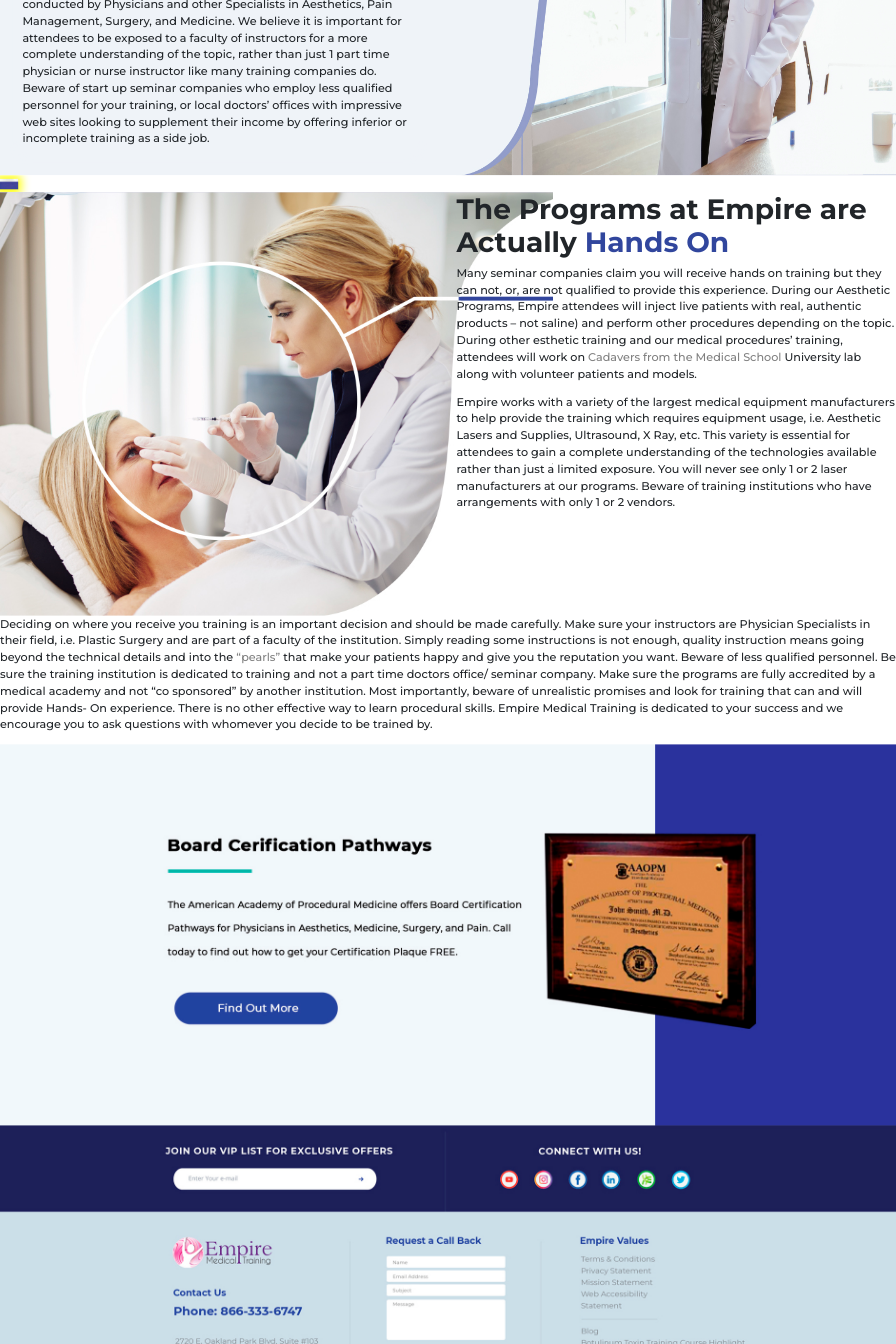
Repository: jorgi710/BODY-CONTOURING-INJECTABLES-AND-ADJUNCT-PROCEDURES
Page: our quarantee/file/public/index.html
The author's editor kept a copy of each file at every save. The page is drawn from the files as they stood at one save, then again after the next save.
The browser window is 1280 px wide. The pictures show the part of the page from y = 2919 to 4839 px (the page is 4958 px tall before and 5699 px after), at 70% of full size.

Above is the page before, as saved 2021-04-06 23:52:34.

### our quarantee/file/public/index.html
<!DOCTYPE html>
<html lang="en">
  <head>
    <meta charset="UTF-8" />
    <meta http-equiv="X-UA-Compatible" content="IE=edge" />
    <meta name="viewport" content="width=device-width, initial-scale=1.0" />
    <title>Page_3</title>

    <link
      href="https://cdn.jsdelivr.net/npm/bootstrap@5.0.0-beta3/dist/css/bootstrap.min.css"
      rel="stylesheet"
      integrity="sha384-eOJMYsd53ii+scO/bJGFsiCZc+5NDVN2yr8+0RDqr0Ql0h+rP48ckxlpbzKgwra6"
      crossorigin="anonymous"
    />
    <link
      href="https://fonts.googleapis.com/css2?family=Montserrat:wght@400;500;600;700&display=swap"
      rel="stylesheet"
    />
    <link rel="stylesheet" href="css/style.css" />
  </head>
  <body>
    <header>
      <div class="container-fluid m-0 p-0">
        <img src="img/header.jpg" alt="navbar" class="img-fluid m-0 p-0" />
      </div>
    </header>
    <main>
      <section class="section_1">
        <div class="container-fluid">
          <div class="fila-1">
            <div class="row">
              <div class="col-sm-12 col-md-6 text-start">
                <div class="content_section_1">
                  <h1 class="bold mb-3 mt-3">The Empire Medical Training</h1>
                  <img src="img/logo_main.jpg" alt="logo" class="logo" />
                  <p class="medium">
                    Empire is the only teaching institution that offers this
                    extraordinary guarantee: After you have completed your
                    training, if you feel you are not comfortable performing the
                    new procedure or if you believe you need additional
                    training, Empire will provide you with a 1-Day Preceptorship
                    (individual training) at one of our Centers of Excellence.
                  </p>
                  <p class="medium">
                    You will work one on one with one of our teaching faculty in
                    their office perfecting the techniques you just learned and
                    reviewing our many medical “Pearls,” priceless tips we have
                    learned through extensive experience and are now passing
                    onto you!
                  </p>
                </div>
              </div>
              <div class="col-md-6 justify-content-end p-0">
                <img
                  src="img/section_1_1_web.jpg"
                  alt=""
                  class="d-none d-md-block img-fluid"
                />
                <img
                  src="img/section_1_1_mobil.jpg"
                  alt=""
                  class="d-md-none img-fluid mobil"
                />
              </div>
            </div>
          </div>

          <div class="fila-2">
            <div class="row">
              <div class="col-sm-12 col-md-6 p-0 mt-3">
                <img
                  src="img/section_1_2_web.jpg"
                  alt="Our difference"
                  class="d-none d-md-block"
                />
                <img
                  src="img/section_1_2_mobil.jpg"
                  alt=""
                  class="d-md-none mobil"
                />
              </div>
              <div class="col-md-6 text-start">
                <h1 class="bold azul mt-4">Our Difference</h1>
                <p class="medium">
                  • Our full time faculty of physicians are available to answer
                  your questions even before you have decided on training- see
                  for yourself, call today and speak with a physician about
                  offering
                  <span class="claro">aesthetics in your practice</span>, or
                  whatever other concerns you may have!
                </p>
                <p class="medium">
                  • Empire Medical Training is the only training institution
                  that offers over 35 different medical and aesthetic
                  <span class="claro">training programs</span>. Since our
                  organization is a full time, dedicated teaching institution,
                  we have the resources and faculty to provide the quality
                  training we have been providing for the past 15 years.
                </p>
                <p class="medium">
                  • Empire provides discounted tuition on
                  <span class="claro">membership plans</span>
                  allowing you to attend all our programs at one low price, over
                  a 2 year period. We also provide a price guarantee that
                  ensures you are registering for a seminar at the lowest price
                  available. At all Empire work- shops, all supplies and
                  medicines are included with your tuition. That includes
                  <span class="claro">Botox Cosmetic</span> and
                  <span class="claro">Dermal Fillers</span> needed for the hands
                  on portion of the training.
                </p>
                <p class="medium">
                  • Learning to perform a procedure may be simple, but becoming
                  successful in your practice requires additional steps. With
                  every program you receive an exhaustive supply of patient
                  forms, consent forms, marketing templates, a comprehensive
                  <span class="claro">Vendor and Resource guide</span> with
                  useful information and necessary tools for your practice.
                </p>
                <p class="medium">
                  • Empire Medical Training and staff are committed to helping
                  you succeed in your practice nad this goes beyond just
                  providing you with the medical protocols to perform a simple
                  procedure. We are not a weekend operation and are available
                  even after our programs have ended. We also provide our
                  students with
                  <span class="claro"> Board Certification</span> from the AAOPM
                  for succesful coursework completion.
                </p>
              </div>
            </div>
          </div>
        </div>
      </section>
      <section class="section_2">
        <div class="panel">
          <img
            src="img/section_2.jpg"
            alt="Meet Our Trusted Faculty"
            class="img-fluid m-0 p-0 d-none d-md-block"
          />
          <img
            src="img/section_2_mobile.jpg"
            alt="Meet Our Trusted Faculty"
            class="img-fluid m-0 p-0 d-md-none mobil"
          />

          <div class="content d-none d-md-block ">
            <h1 class="bold">Meet Our Trusted Faculty</h1>
            <p class="regular">
              Empire Medical Training celebrates
              <span class="bold">15 years</span> of success in training <br />
              <span class="bold">physicians</span> and health care
              <span class="bold">professionals</span>. <br />
              We believe our success is due, in part, to the extra things our
              <br />
              <span class="bold">organization</span> and
              <span class="bold">faculty</span> provide for you.
            </p>
            <button class="btn">
              <h3 class="bold">Meet Faculty</h3>
            </button>
          </div>
        </div>
        <div class="content_mobil d-md-none mobil">
            <h1 class="bold">Meet Our Trusted Faculty</h1>
            <p class="regular">
              Empire Medical Training celebrates
              <span class="bold">15 years</span> of success in training <br />
              <span class="bold">physicians</span> and health care
              <span class="bold">professionals</span>. <br />
              We believe our success is due, in part, to the extra things our
              <br />
              <span class="bold">organization</span> and
              <span class="bold">faculty</span> provide for you.
            </p>
            <button class="btn m-2">
              <h3 class="bold">Meet Faculty</h3>
            </button>
          </div>
        </div>

      </section>
      <section class="section_3 ">
        <div>
          <h1 class="negro bold">
            <span class="azul">Background &</span> Achievements
          </h1>
          <p class="medium ">
            Now a little about Empire Medical Training’s background and
            achievements: Why Empire is committed to excellence:
          </p>
          <p class="medium ">
            Empire Medical Training celebrates our 22nd year of training and we
            remain the #1 medical training and certification CME Medical and
            Aesthetic workshops offered each year, Empire has trained over
            125,000 Physicians, Dentists, Nurses, and other Health Care
            Professionals. With countless
            <span class="claro">testimonials</span> from satisfied attendees, we
            stand behind our programs and provide a complete satisfaction
            guarantee. source worldwide.
          </p>
          <p class="medium ">
            Empire has acquired a distinguished reputation in education and
            serves as a training facility for Allergan (Botox, Juvederm) and
            Medicis (Restylane), along with many of the largest Aesthetic Laser
            Manufacturers. In addition, Empire is proud to have been chosen by
            the Florida Dental Association (FDA) to train their member Dentists
            in Botox Cosmetic and other Aesthetic Procedures.
          </p>
          <p class="medium ">
            At Empire, we believe our success is dependent on you receiving
            quality training and instruction. Empire Medical Training is a
            nationally recognized CME Training Institution for Physicians,
            Dentists, Nurses and other Health Care Professionals.
          </p>
        </div>
        <div class="row">
          <div class="col-sm-12 col-md-6">
            <p class="medium">
              In addition to training at resort hotels, Empire has pioneered the
              first <span class="claro">premier Medical Spa</span> in Fort
              Lauderdale, Florida where physicians can enjoy training on actual
              patients and receive classroom didactic presentations. This
              facility has been designed specifically for training purposes
              utilizing state of the art aesthetic lasers and medical spa
              equipment along with modern classroom facilities and training
              aids. All courses are conducted by Physicians and other
              Specialists in Aesthetics, Pain Management, Surgery, and Medicine.
              Not by less qualified Instructors.
            </p>
            <p class="medium">
              Empire has achieved an outstanding reputation through a
              distinguished faculty of Physician specialists. Your training will
              be conducted by Physicians and other Specialists in Aesthetics,
              Pain Management, Surgery, and Medicine. We believe it is important
              for attendees to be exposed to a faculty of instructors for a more
              complete understanding of the topic, rather than just 1 part time
              physician or nurse instructor like many training companies do.
              Beware of start up seminar companies who employ less qualified
              personnel for your training, or local doctors’ offices with
              impressive web sites looking to supplement their income by
              offering inferior or incomplete training as a side job.
            </p>
          </div>
          <div class="col-sm-12 col-md-6">
            <img
              src="img/section_3_web.jpg"
              alt="background achievements"
              class="d-none d-md-block img-fluid"
            />
            <img
              src="img/section_3_mobil.jpg"
              alt="background achievements"
              class="d-md-none"
            />
          </div>
        </div>
      </section>
      <section class="section_4">
        <img src="img/section_4.jpg" alt="aesthetics starter kit" />
      </section>
      <section class="section_5">
        <div class="row">
          <div class="col-sm-12 col-md-6">
            <img
              src="img/section_5_web.jpg"
              alt="empire"
              class="d-none d-md-block"
            />
            <img
              src="img/section_5_mobile.jpg"
              alt="empire"
              class="d-md-none"
            />
          </div>
          <div class="col-md-6">
            <h1 class="bold">
              The Programs at Empire are Actually
              <span class="azul">Hands On</span>
            </h1>
            <p class="medium">
              Many seminar companies claim you will receive hands on training
              but they can not, or, are not qualified to provide this
              experience. During our Aesthetic Programs, Empire attendees will
              inject live patients with real, authentic products – not saline)
              and perform other procedures depending on the topic. During other
              esthetic training and our medical procedures’ training, attendees
              will work on
              <span class="claro">Cadavers from the Medical School</span>
              University lab along with volunteer patients and models.
            </p>
            <p class="medium">
              Empire works with a variety of the largest medical equipment
              manufacturers to help provide the training which requires
              equipment usage, i.e. Aesthetic Lasers and Supplies, Ultrasound, X
              Ray, etc. This variety is essential for attendees to gain a
              complete understanding of the technologies available rather than
              just a limited exposure. You will never see only 1 or 2 laser
              manufacturers at our programs. Beware of training institutions who
              have arrangements with only 1 or 2 vendors.
            </p>
          </div>
        </div>
        <p class="medium">
          Deciding on where you receive you training is an important decision
          and should be made carefully. Make sure your instructors are Physician
          Specialists in their field, i.e. Plastic Surgery and are part of a
          faculty of the institution. Simply reading some instructions is not
          enough, quality instruction means going beyond the technical details
          and into the <span class="claro">“pearls”</span> that make your
          patients happy and give you the reputation you want. Beware of less
          qualified personnel. Be sure the training institution is dedicated to
          training and not a part time doctors office/ seminar company. Make
          sure the programs are fully accredited by a medical academy and not
          “co sponsored” by another institution. Most importantly, beware of
          unrealistic promises and look for training that can and will provide
          Hands- On experience. There is no other effective way to learn
          procedural skills. Empire Medical Training is dedicated to your
          success and we encourage you to ask questions with whomever you decide
          to be trained by.
        </p>
      </section>
    </main>
    <footer>
      <img src="img/footer.jpg" alt="footer" class="img-fluid" />
    </footer>
  </body>
</html>

### our quarantee/file/public/css/style.css
@import url("https://fonts.googleapis.com/css2?family=Montserrat:wght@400;500;600;500&display=swap");
* {
  box-sizing: border-box;
  font-family: var(--fuente);
}
header,
section {
  overflow-x: hidden;
}
:root {
  --fuente: "Montserrat", cursive;
  --azul: #31469d;
  --clarito: #808080;
  --negro: #000000;
  --regular: 400;
  --medium: 500;
  --semi_bold: 600;
  --bold: 500;
}
.regular {
  font-weight: 400;
}
.medium {
  font-weight: 500;
}
.semi {
  font-weight: 600;
}
.bold {
  font-weight: 700;
}
.azul {
  color: #31469d;
}
.claro {
  color: #808080;
}
.negro {
  color: #000000;
}
header .img {
  width: 100%;
}
/* .section_1 .fila-1 .row .col-md-6 .content_section_1 {
  padding: 4vmin 1vmin;
  padding-bottom: 2vmin;
  padding-left: 12vmin;
} */

/* section_1 */

/* web */
.section_1 .fila-1 .row .col-md-6 .content_section_1 {
  padding: 4vmin 1vmin;
  padding-bottom: 2vmin;
  padding-left: 12vmin;
}
.section_1 .fila-1 .row .col-md-6 img {
  width: 100%;
  height: 100%;
  object-fit: cover;
}
.section_1 .fila-1 .row .col-md-6 h1 {
  font-size: 1.8rem;
}
.section_1 .fila-1 .row .col-md-6 .logo {
  width: 70%;
  padding-left: 10vmin;
}
/* Tablet */
@media screen and (min-width: 780px) and (max-width: 1200px) {
  .section_1 .fila-1 .row .col-md-6 .content_section_1 {
    padding: 4vmin 1vmin;
    padding-bottom: 2vmin;
    padding-left: 12vmin;
  }
  .section_1 .fila-1 .row .col-md-6 h1 {
    font-size: 1.5rem;
  }
  .section_1 .fila-1 .row .col-md-6 img {
    object-fit: cover;
    z-index: 1;
  }
  .section_1 .fila-1 .row .col-md-6 .logo {
    width: 70%;
    padding-left: 10vmin;
  }
}
/* Mobile */
@media screen and (min-width: 0) and (max-width: 760px) {
  .section_1 .fila-1 .row .col-md-6 .content_section_1 {
    padding: 0;
    box-shadow: 1px 2px 9px 6px #aaa;
  }
  .section_1 .fila-1 .row .col-md-6 h1 {
    font-size: 1.8rem;
    text-align: center;
  }
  .section_1 .fila-1 .row .col-md-6 .mobil {
    box-shadow: -2px 1px 13px 6px #aaa;
  }
  .section_1 .fila-1 .row .col-md-6 .logo {
    width: 76%;
    padding-left: 22vmin;
  }
  .section_1 .fila-1 .row .col-md-6 p {
    font-size: 1rem;
    text-align: justify;
    padding: 4px 5px;
  }
}
/* section_1_Part_2 */

/* web */
.section_1 .fila-2 .row .col-md-6 img {
  width: 100%;
  height: 100%;
  object-fit: none;
}
.section_1 .fila-1 .row .col-md-6 h1 {
  font-size: 1.8rem;
}
/* Tablet */
@media screen and (min-width: 780px) and (max-width: 1200px) {
  .section_1 .fila-2 .row .col-md-6 h1 {
    font-size: 1.5rem;
  }
  .section_1 .fila-2 .row .col-md-6 img {
    object-fit: cover;
    box-shadow: -2px 1px 13px 6px #31469d;
    border-radius: 1rem;
  }
}
/* Mobile */
@media screen and (min-width: 0) and (max-width: 760px) {
  .section_1 .fila-1 .row .col-md-6 .content_section_1 {
    padding: 0;
    box-shadow: 1px 2px 9px 6px #aaa;
  }
  .section_1 .fila-2 .row .col-md-6 h1 {
    font-size: 2rem;
    text-align: center;
  }
  .section_1 .fila-2 .row .col-md-6 .mobil {
    box-shadow: -2px 1px 13px 6px #bac6f8;
    object-fit: cover;
  }
  .section_1 .fila-2 .row .col-md-6 p {
    font-size: 1rem;
    text-align: justify;
    padding: 4px 5px;
    box-shadow: -2px 1px 13px 6px #ccd6fc;
    border-radius: 0.5rem;
  }
}
/* section_2 */
/* web */
.section_2 .panel {
  position: relative;
}
.section_2 .content h1 {
  font-size: 1.5rem;
}
.section_2 .content p {
  font-size: 0.8rem;
}
.section_2 .content h3 {
  font-size: 1rem;
}
.section_2 .content {
  position: absolute;
  color: white;
  top: 38px;
  right: 593px;
}
.section_2 .content button {
  background-color: white;
  border-radius: 1.5rem;
  box-shadow: -4px 3px 13px 0px blue;
  color: #31469d;
  font-weight: 700;
}
/* Tablet */
@media screen and (min-width: 780px) and (max-width: 1200px) {
  .section_2 .panel {
    position: relative;
  }
  .section_2 .content h1 {
    font-size: 1.5rem;
  }
  .section_2 .content p {
    font-size: 0.5rem;
  }
  .section_2 .content h3 {
    font-size: 1rem;
  }
  .section_2 .content {
    position: absolute;
    color: white;
    top: 34px;
  }
  .section_2 .content button {
    background-color: white;
    border-radius: 1.5rem;
    box-shadow: -4px 3px 13px 0px blue;
    color: #31469d;
    font-weight: 700;
  }
}
/* Mobile */
@media screen and (min-width: 0) and (max-width: 760px) {
  .section_2 .content_mobil {
    background-color: #31469d;
    color: white;
    text-align: center;
  }
  .section_2 .content_mobil button {
    background-color: white;
    border-radius: 1.5rem;
    box-shadow: -4px 3px 13px 0px blue;
    color: #31469d;
    font-weight: 700;
  }
  .section_2 .content_mobil p {
    font-size: 0.5rem;
  }
  .section_2 .content_mobil h3 {
    font-size: 1rem;
  }
  .section_2 .content_mobil h1 {
    font-size: 1rem;
  }
}
/* section_3_Part_1*/

/* web */
.section_3 h1 {
  font-size: 3rem;
  text-align: center;
  margin: 2rem 0;
  padding: 0.5rem 0;
  box-shadow: -2px 1px 13px 6px #ccd6fc;
  border-radius: 0.5rem;
}
.section_3 p {
  font-size: 1rem;
  padding: 0 1rem;
}
/* Mobile */
@media screen and (min-width: 0) and (max-width: 760px) {
  .section_3 h1 {
    font-size: 1.4rem;
    text-align: center;
    margin: 2rem 0;
    padding: 0.5rem 0;
    box-shadow: -2px 1px 13px 6px #ccd6fc;
    border-radius: 0.5rem;
  }
  .section_3 p {
    font-size: 1rem;
    padding: 0 1rem;
    text-align: justify;
  }
}
/* section_3_Part_2*/
/* web */
.section_3 .row .col-md-6 {
  background-color: #eff3f8;
}
.section_3 .row .col-md-6 p {
  font-size: 1rem;
  text-align: start;
  margin: 2rem 2rem;
  padding: 0.5rem 0;
  box-shadow: -2px 1px 13px 6px #eff3f8;
  border-radius: 0.5rem;
}
.section_3 .row .col-md-6 img {
  width: 100%;
  height: 100%;
}

/* Tablet */
@media screen and (min-width: 780px) and (max-width: 1200px) {
  .section_3 .row .col-md-6 {
    background-color: #eff3f8;
  }
  .section_3 .row .col-md-6 p {
    font-size: 1rem;
    text-align: start;
    margin: 2rem 2rem;
    padding: 0.5rem 0;
    box-shadow: -2px 1px 13px 6px #eff3f8;
    border-radius: 0.5rem;
  }
  .section_3 .row .col-md-6 img {
    box-shadow: -2px 1px 13px 6px #bac6f8;
    object-fit: cover;
  }
}

/* Mobile */
@media screen and (min-width: 0) and (max-width: 760px) {
  .section_3 .row .col-md-6 {
    background-color: white;
  }
  .section_3 .row .col-md-6 p {
    font-size: 1rem;
    text-align: start;
    padding: 0.2rem;
    box-shadow: -2px 1px 13px 6px #eff3f8;
    border-radius: 0.5rem;
  }
  .section_3 .row .col-md-6 img {
    box-shadow: -2px 1px 13px 6px #31469d;
    object-fit: cover;
  }
}
/* section_4*/
.section_4 img {
  box-shadow: -2px 1px 13px 6px yellow;
  object-fit: none;
  width: 2%;
}

After the next save:
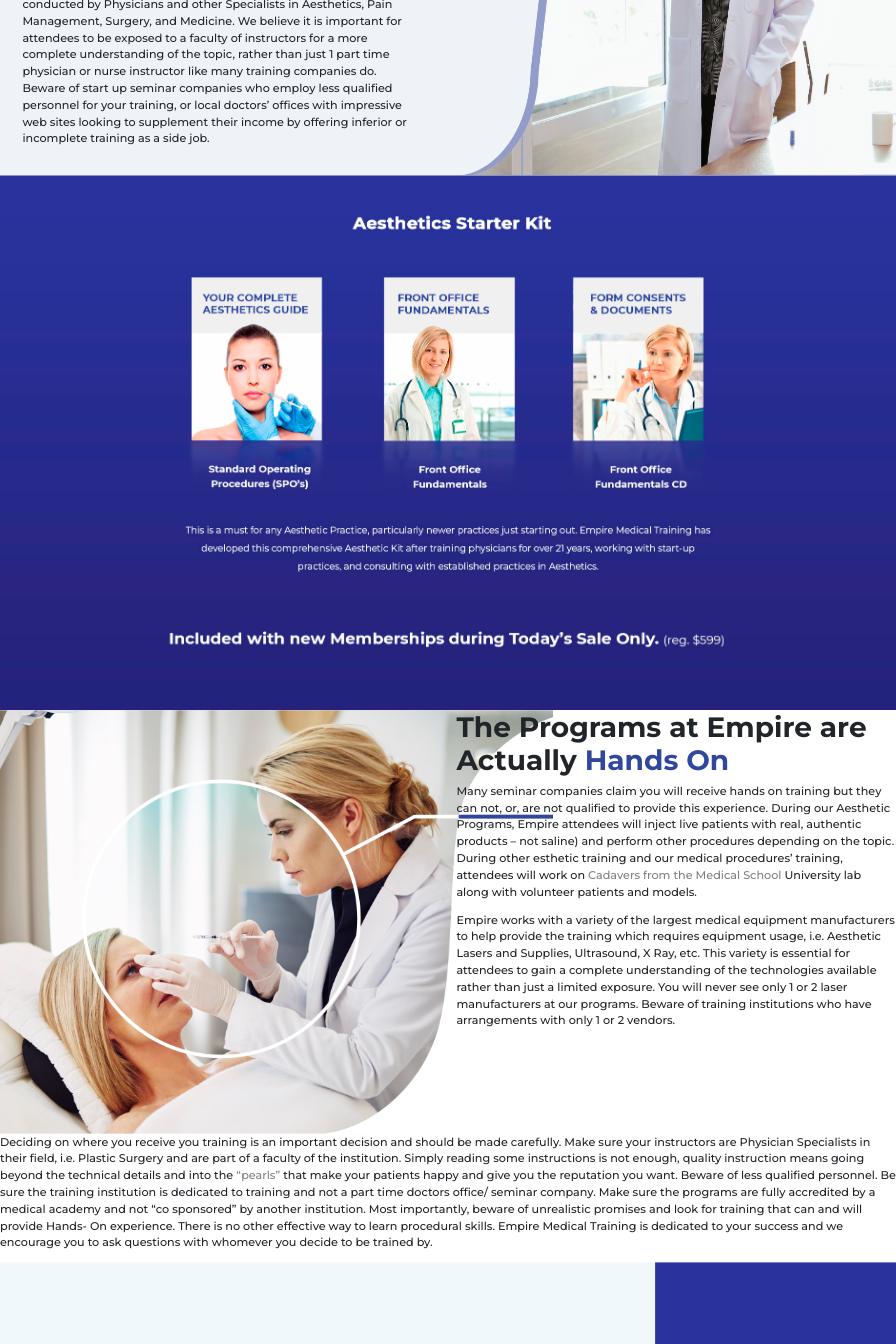
Saved 18 s later.
--- a/our quarantee/file/public/css/style.css
+++ b/our quarantee/file/public/css/style.css
@@ -319,6 +319,6 @@
 /* section_4*/
 .section_4 img {
   box-shadow: -2px 1px 13px 6px yellow;
-  object-fit: none;
-  width: 2%;
-}
+  /* object-fit: none; */
+  width: 100%;
+}
